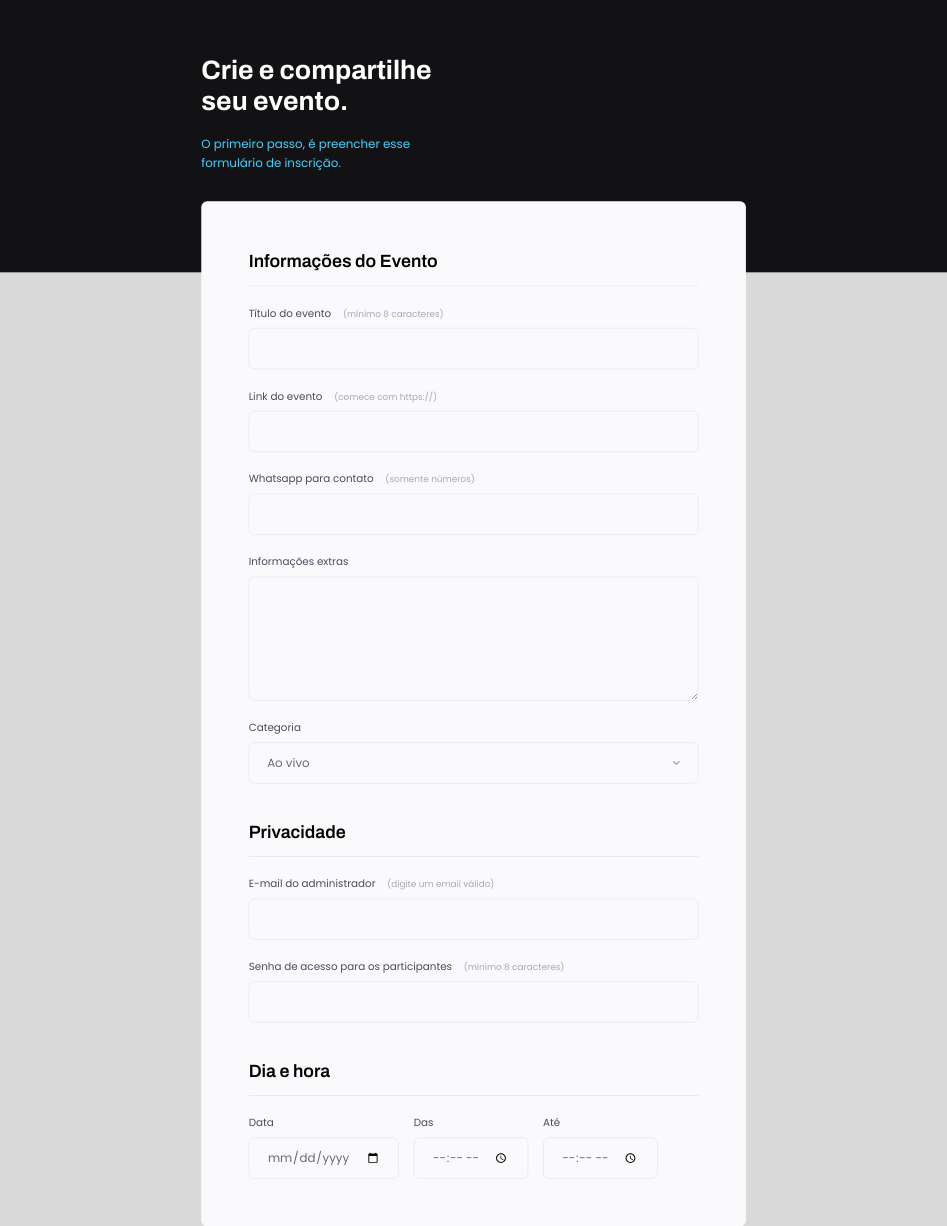
Repository: devMuriloOliveira/Formulario
Page: index.html
These files come from the project's save history. The page is drawn as it stood at one moment and after the next save; the edit follows.
The browser window is 1280 px wide. The pictures show the whole page, at 74% of full size.

Above is the page before, as saved 2023-11-02 21:28:44.

### index.html
<!DOCTYPE html>
<html lang="en">
  <head>
    <link rel="preconnect" href="https://fonts.googleapis.com" />
    <link rel="preconnect" href="https://fonts.gstatic.com" crossorigin />
    <meta charset="UTF-8" />
    <meta name="viewport" content="width=device-width, initial-scale=1.0" />
    <title>Crie seu evento</title>
    <link rel="stylesheet" href="style.css" />

    <link
      href="https://fonts.googleapis.com/css2?family=Archivo:wght@600;700&family=Poppins&display=swap"
      rel="stylesheet"
    />
  </head>
  <body>
    <div class="page">
      <header>
        <h1>Crie e compartilhe seu evento.</h1>
        <p>O primeiro passo, é preencher esse formulário de inscrição.</p>
      </header>

      <form>
        <fieldset>
          <div class="fieldset-wrapper">
            <legend>Informações do Evento</legend>

            <div class="input-wrapper">
              <label for="event-title">
                Título do evento <span>(mínimo 8 caracteres)</span>
              </label>
              <input type="text" id="event-title" />
            </div>

            <div class="input-wrapper">
              <label for="event-link">
                Link do evento <span>(comece com https://)</span>
              </label>
              <input type="url" id="event-link" />
            </div>

            <div class="input-wrapper">
              <label for="event-whatsapp">
                Whatsapp para contato <span>(somente números)</span>
              </label>
              <input type="number" id="event-whatsapp" />
            </div>

            <div class="input-wrapper">
              <label for="event-info">Informações extras</label>
              <textarea id="event-info"></textarea>
            </div>

            <div class="input-wrapper">
              <label for="event-category"> Categoria </label>
              <select id="event-category">
                <option value="live">Ao vivo</option>
                <option value="podcast">Podcast</option>
                <option value="mentorship">Mentoria</option>
              </select>
            </div>
          </div>
        </fieldset>

        <fieldset>
          <div class="fieldset-wrapper">
            <legend>Privacidade</legend>

            <div class="input-wrapper">
              <label for="event-email">
                E-mail do administrador <span>(digite um email válido)</span>
              </label>
              <input type="email" id="event-email" />
            </div>

            <div class="input-wrapper">
              <label for="event-password">
                Senha de acesso para os participantes
                <span>(mínimo 8 caracteres)</span>
              </label>
              <input type="password" id="event-password" />
            </div>
          </div>
        </fieldset>

        <fieldset>
          <div class="fieldset-wrapper">
            <legend>Dia e hora</legend>

            <div class="col-3">
              <div class="input-wrapper">
                <label for="event-date"> Data </label>
                <input type="date" id="event-date" />
              </div>

              <div class="input-wrapper">
                <label for="event-begin"> Das </label>
                <input type="time" id="event-begin" />
              </div>

              <div class="input-wrapper">
                <label for="event-end"> Até </label>
                <input type="time" id="event-end" />
              </div>
            </div>
          </div>
        </fieldset>
      </form>
    </div>
  </body>
</html>

### style.css
*{
  padding: 0;
  margin: 0;
  box-sizing: border-box;
}

body, input, button, select, textarea{
  font-family: 'Poppins', sans-serif;
}

body{
  background-color: #D9D9D9;
}

body::before{
  content: '';
  width: 100%;
  height: 368px;

  position: absolute;
  top: 0;
  left: 0;
  z-index: -1;
  background: #121214;
}

.page{
  width: 736px;
  margin: auto;
}

header{
  width: 319px;
  margin-top: 74px;

}

header h1{
  font-family: 'Archivo', sans-serif;
  font-weight: bold;

  font-size: 36px;
  line-height: 42px;
  color: white;

  margin-bottom: 24px;
}

header p{
  color: #42D3FF;
  font-size: 16px;
  line-height: 26px;
}

form{
  margin-top: 38px;
  background: #FAFAFC;

  border-radius: 8px;
  min-height: 300px;

  padding: 64px;

  display: flex;
  flex-direction: column;
  gap: 48px;
}

fieldset{
  border: none;
}

.fieldset-wrapper{
  display: flex;
  flex-direction: column;
  gap: 24px;
}


fieldset legend{
  font-family: 'Archivo';
  font-weight: 600;
  font-size: 24px;
  line-height: 34px;

  width: 100%;
  border-bottom: 1px solid #E6E6F0;

  padding-bottom: 16px;
}

.input-wrapper{
  display: flex;
  flex-direction: column;
}

.input-wrapper label{
  font-size: 14px;
  line-height: 24px;

  color: #4E4958;
  margin-bottom: 8px;
}

.input-wrapper label span{
  margin-left: 12px;

  line-height: 20px;
  font-size: 12px;
  color: #a9a7af;
}

.input-wrapper label span:hover{
  color: #6c6a71;
}

 .input-wrapper input,
 .input-wrapper textarea,
 .input-wrapper select{
  background: #FAFAFC;

  border: 1px solid #E6E6F0;
  border-radius: 8px;
  height: 56px;

  padding: 0 24px;
  font-size: 16px;

  line-height: 26px;

  color: #6C6A71;
}

.input-wrapper textarea{
 padding: 0;
 height: 168px;


}

.input-wrapper select{
  appearance: none;
  background-image: url("data:[embedded picture, 242 characters]");
  background-repeat: no-repeat;
  background-position: right 24px top 50%;
}

.col-3{
  display: flex;
  gap: 20px;
}

.col-3 #event-date{
  width: 100%;
}

After the next save:
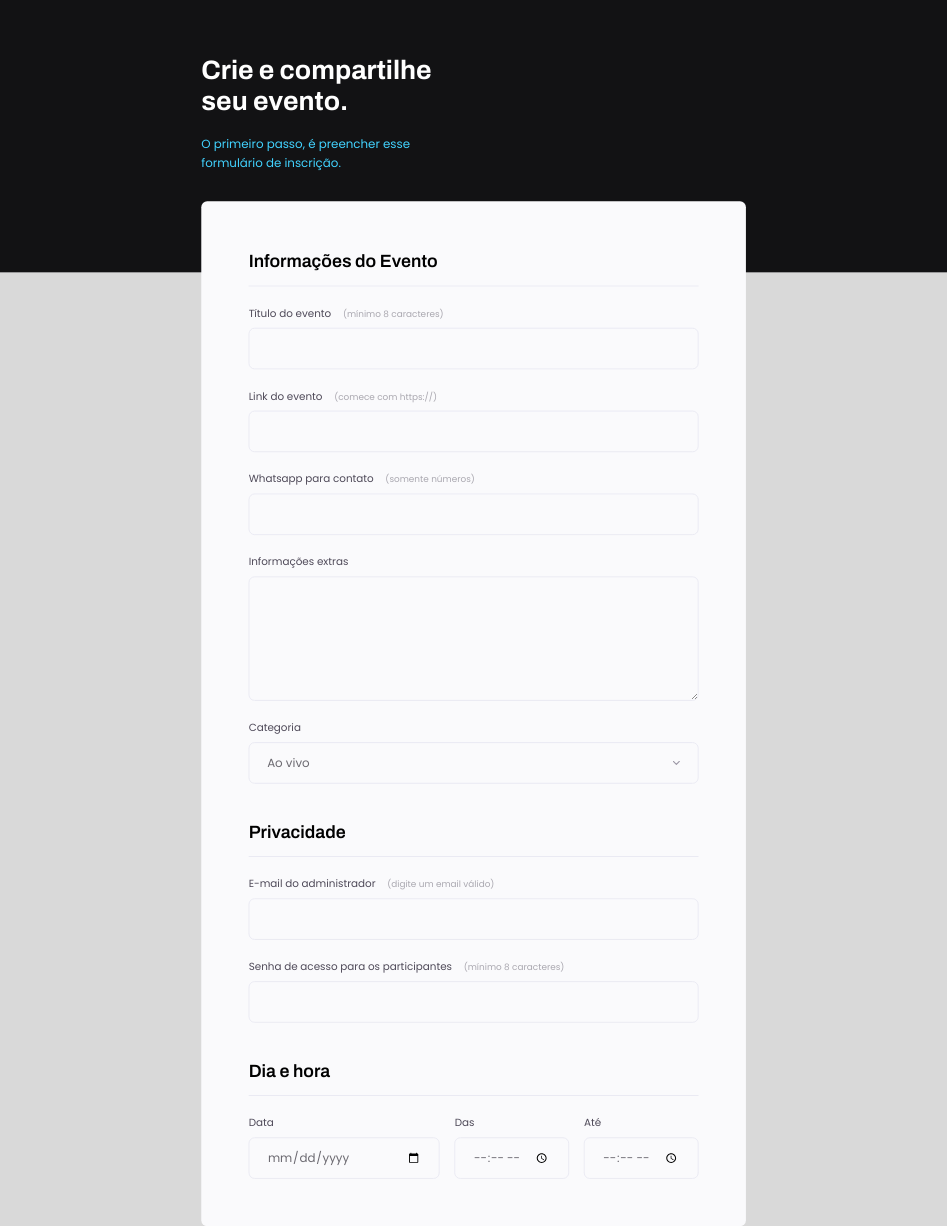
Saved 50 s later.
--- a/style.css
+++ b/style.css
@@ -150,6 +150,6 @@ fieldset legend{
   gap: 20px;
 }
 
-.col-3 #event-date{
+.col-3 > div:nth-child(1){
   width: 100%;
 }
